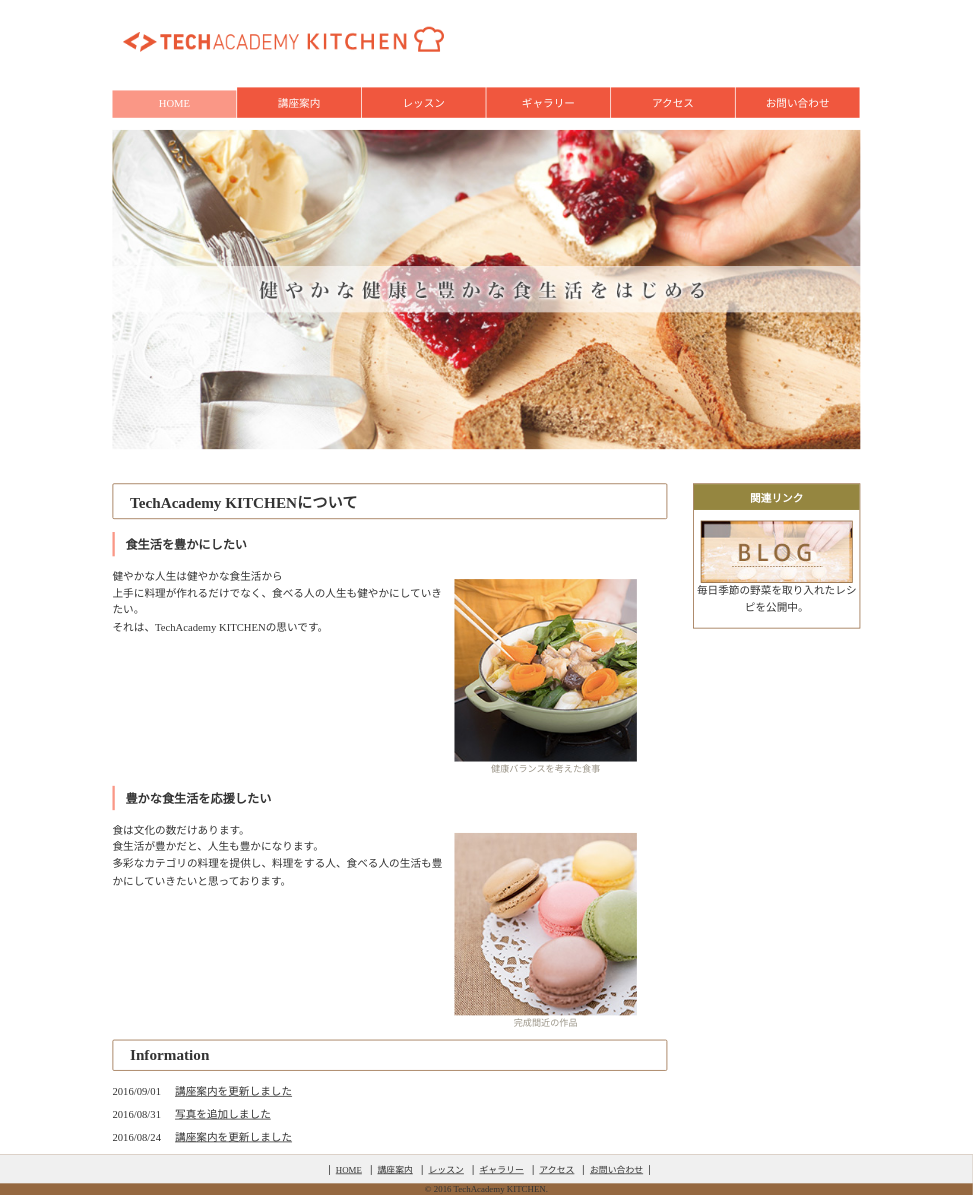
Repository: m1j1nk0/microposts2
Page: lesson-htmlcss/kitchen.html
The author's editor kept a record of every edit. The page is drawn from the files as they stood at one moment, then again after the next edit.
The browser window is 1280 px wide. The pictures show the whole page, at 76% of full size.

Above is the page before.

After the next edit:
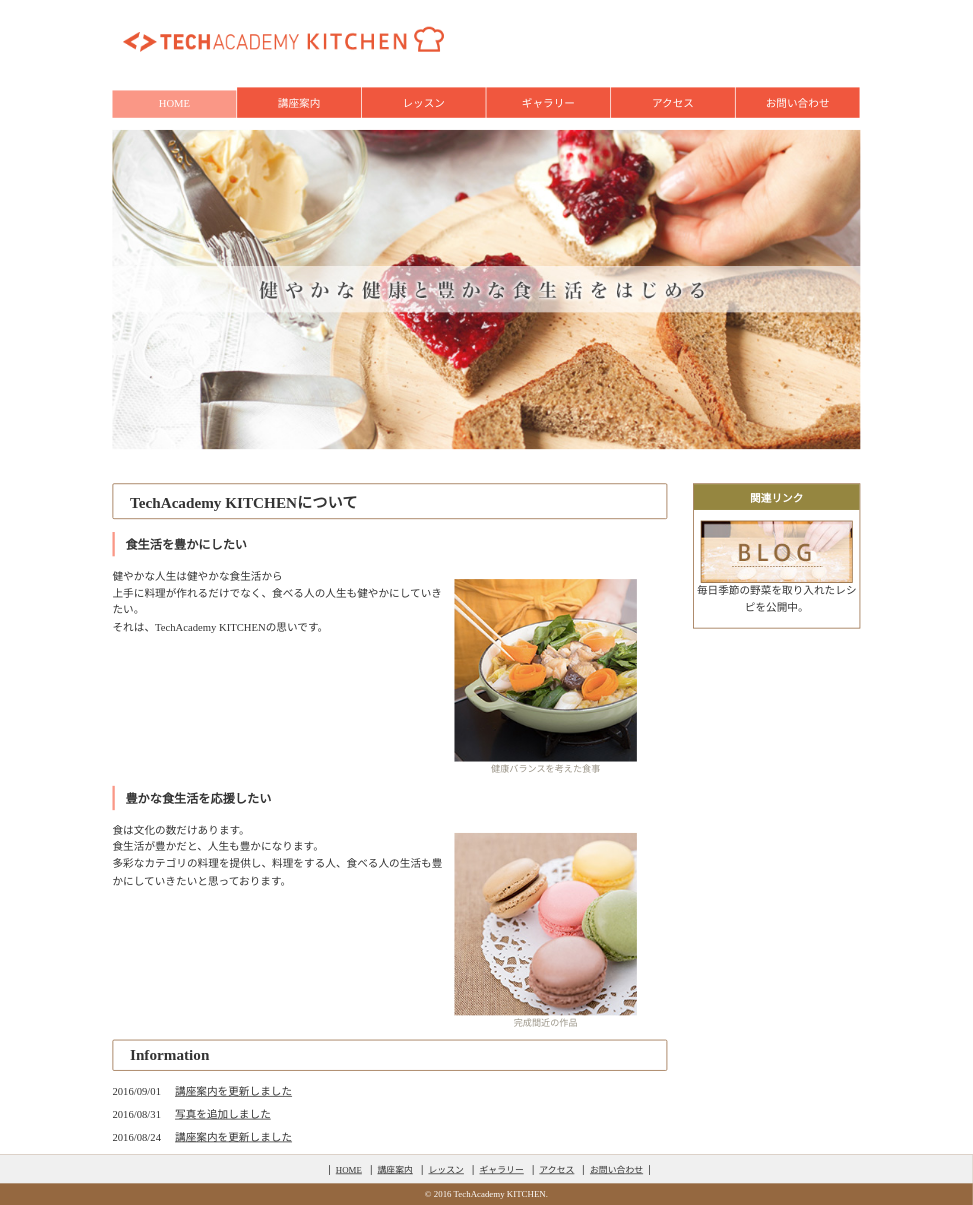
The edit:
--- a/lesson-htmlcss/kitchen.css
+++ b/lesson-htmlcss/kitchen.css
@@ -213,3 +213,9 @@ footer #footer_navi li:last-child{
     border-right: solid 1px #333;
     padding: 0 8px;
 }
+
+footer small{
+    display: inline-block;
+    padding: 8px 0;
+    color: #fff;
+}
